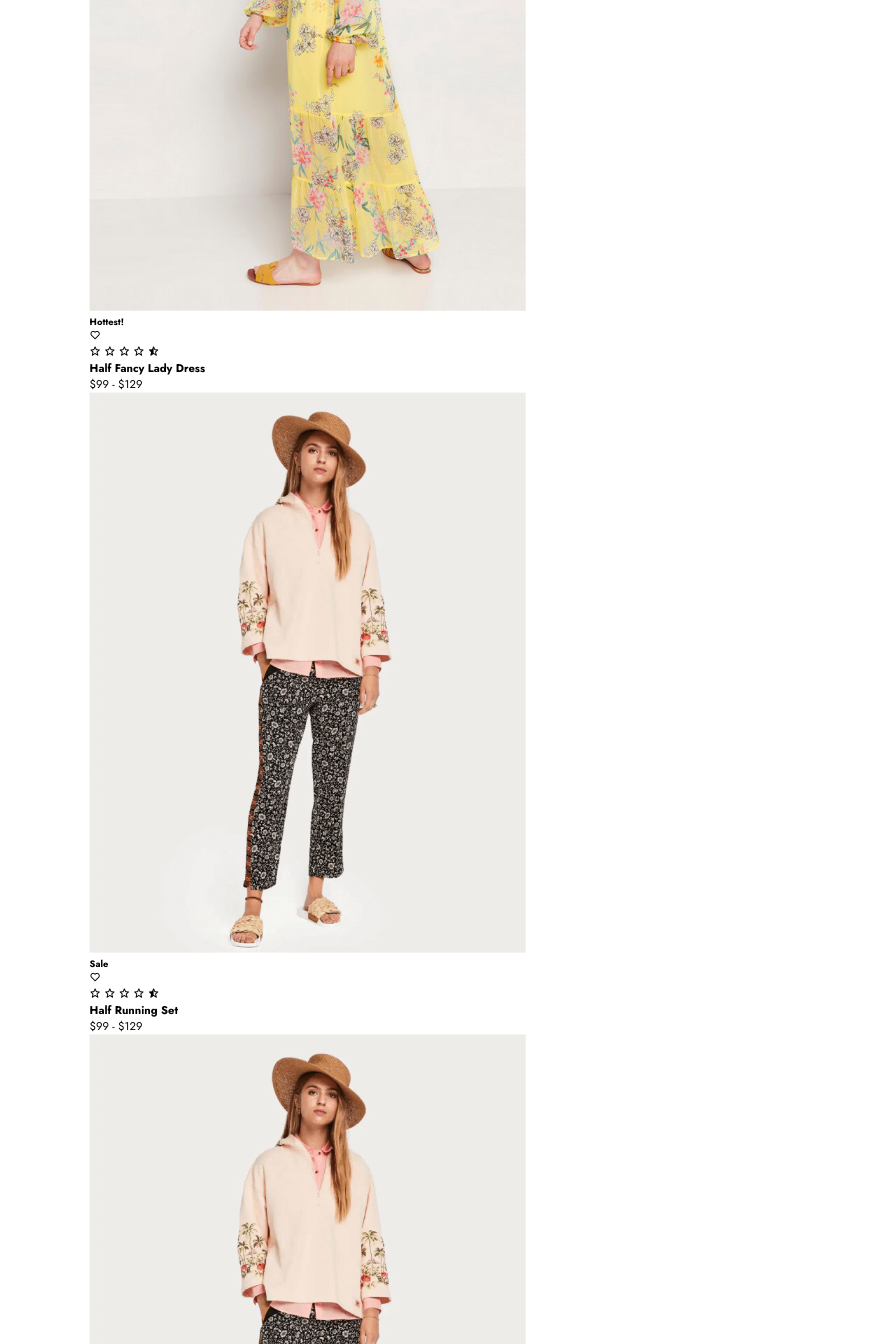
Repository: isaacCodes1/Kumo-Website.
Page: index.html
The author's editor kept a copy of each file at every save. The page is drawn from the files as they stood at one save, then again after the next save.
The browser window is 1280 px wide. The pictures show the part of the page from y = 3907 to 5827 px (the page is 8200 px tall), at 70% of full size.

Above is the page before, as saved 2024-03-22 13:28:29.

After the next save:
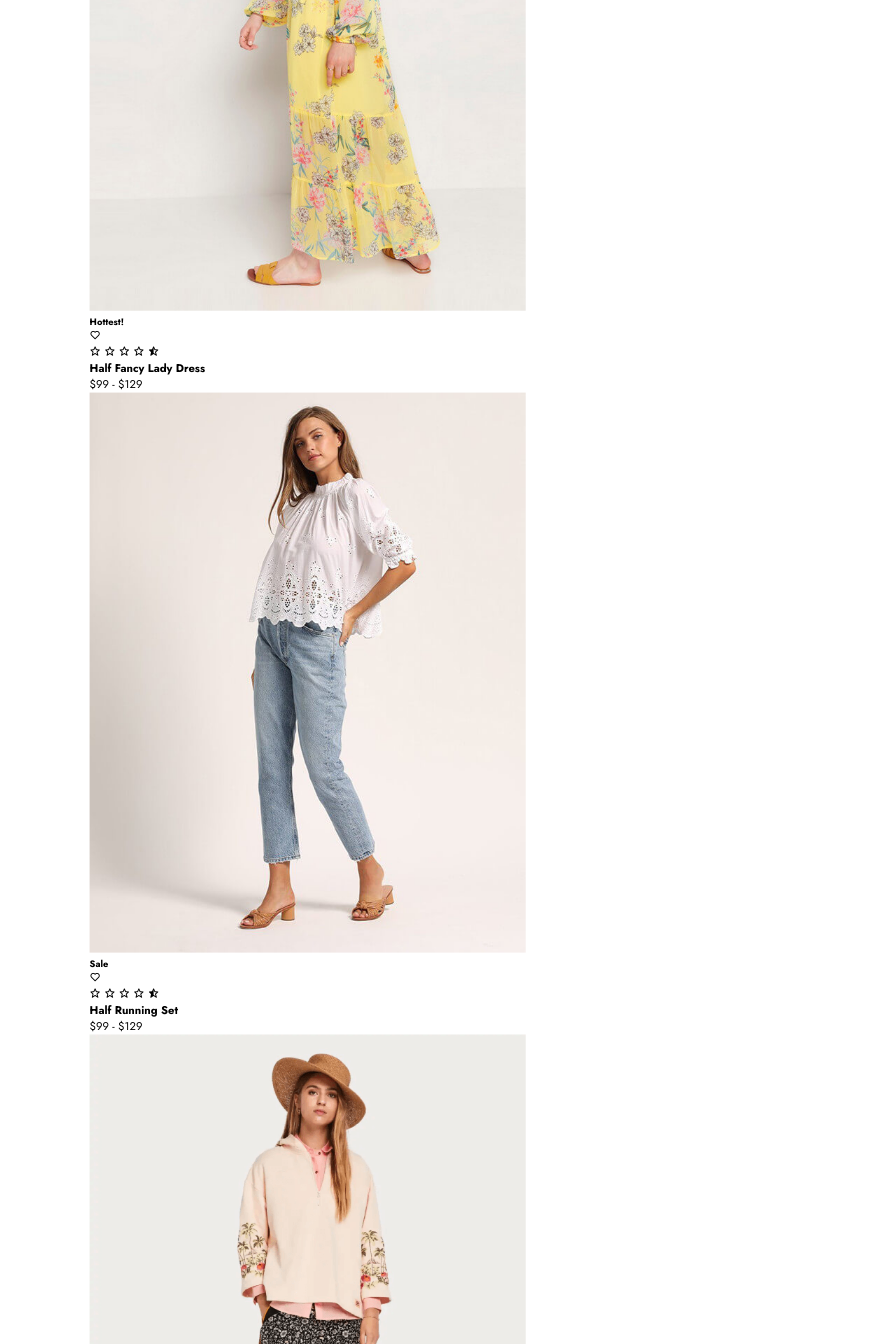
Saved 14 s later.
--- a/index.html
+++ b/index.html
@@ -144,7 +144,7 @@
           </div>
         </div>
         <div class="row">
-          <img src="/Assets/1.jpg" alt="" />
+          <img src="/Assets/5.jpg" alt="" />
           <div class="product-text">
             <h5>Sale</h5>
           </div>
